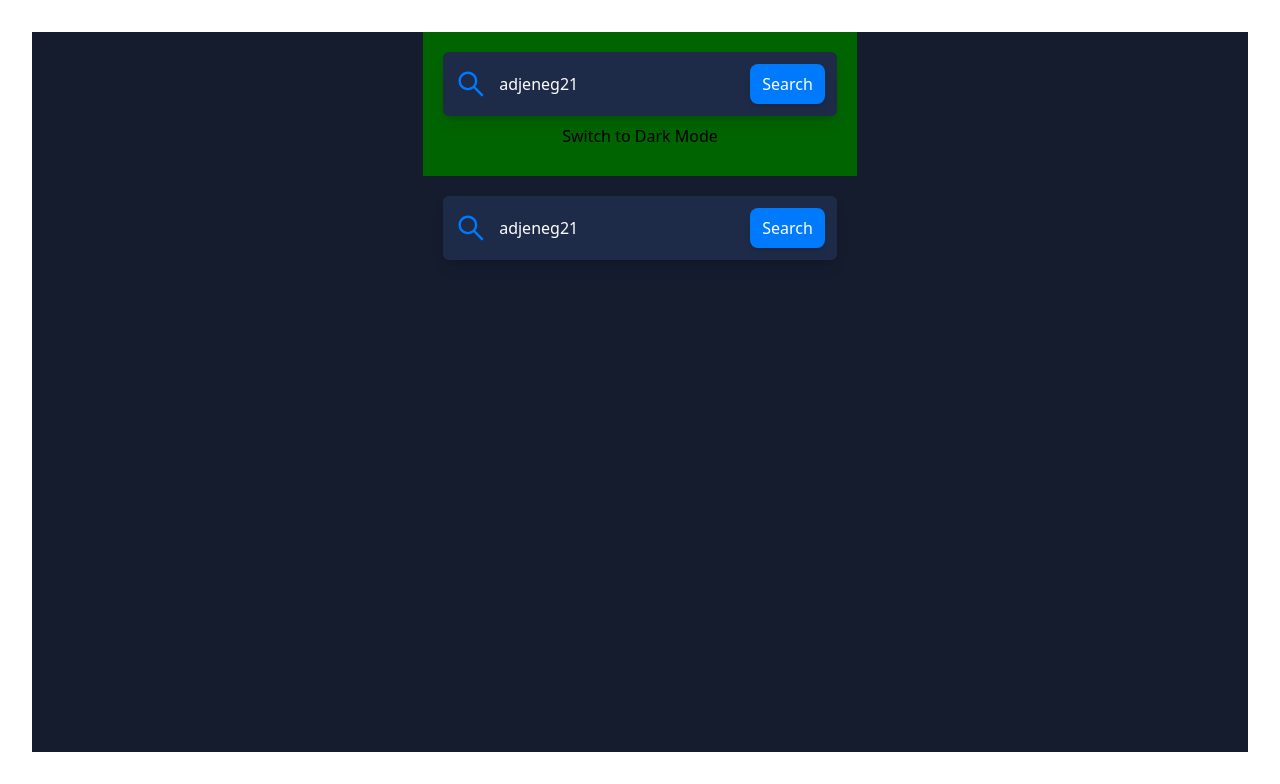
Repository: Gabriel221-dev/Git-Project
Page: /
These files come from the project's save history. The page is drawn as it stood at one moment and after the next save; the edit follows.
The browser window is 1280 px wide. The pictures show the whole page.
The page's requests for data from a server got no answer. The project was rebuilt for these pictures with package versions that can differ from the ones it lists, and the page was loaded fresh each time. No one was signed in, and anything a server would have sent is missing. Also part of the build but not shown: vite.config.js, src/components/Preview/Preview.jsx.

Above is the page before, as saved 2024-06-28 12:10:46.

### src/App.jsx
// import { useState } from "react";
// import "./App.css";
// import Search from "./components/Search/Search";
// import Preview from "./components/Preview/Preview";
// import DarkAndLightBtn from "./components/DarkAndLightBtn/DarkAndLightBtn";

// function App() {
//   const [data, setData] = useState({});
//   const [isLoading, setIsLoading] = useState(true);

//   return (
//     <div className="flex flex-col gap-5 h-screen w-full justify-center items-center bg-dark-bg">
//       <div>
//         <DarkAndLightBtn />
//         <Search setData={setData} setIsLoading={setIsLoading} />
//       </div>
//       <div>
//         <Preview
//           avatarUrl={data.avatar_url}
//           blog={data.blog}
//           email={data.email}
//           followers={data.followers}
//           following={data.following}
//           location={data.location}
//           login={data.login}
//           name={data.name}
//           public_repos={data.public_repos}
//           twitter={data.twitter}
//           isLoading={isLoading}
//           bio={data.bio}
//           joinedAt={data.created_at?.split("T")[0]}
//         />
//       </div>
//     </div>
//   );
// }

// export default App;

import { useState } from "react";
import "./App.css";
import Search from "./components/Search/Search";
import Preview from "./components/Preview/Preview";

function App() {
  const [data, setData] = useState(null);
  const [isLoading, setIsLoading] = useState(false);
  const [isDarkMode, setIsDarkMode] = useState(false);

  const toggleTheme = () => {
    setIsDarkMode((prevMode) => !prevMode);
  };

  return (
    <div className="flex flex-col gap-5 h-screen w-full justify-content items-center bg-dark-bg">
      <div
        className={`App ${
          isDarkMode ? "dark" : ""
        } min-h-screen flex flex-col items-center gap-5`}
      >
        <div
          className={`w-full p-5 ${
            isDarkMode
              ? "bg-dark-background text-dark-text"
              : "bg-light-green text-light-text"
          }`}
        >
          <Search setData={setData} setIsLoading={setIsLoading} />
          {data && (
            <Preview
              avatarUrl={data.avatar_url}
              name={data.name}
              login={data.login}
              public_repos={data.public_repos}
              followers={data.followers}
              following={data.following}
              location={data.location}
              blog={data.blog}
              twitter={data.twitter_username}
              email={data.email}
              isLoading={isLoading}
              bio={data.bio}
              joinedAt={new Date(data.created_at).toLocaleDateString()}
            />
          )}
          <button
            onClick={toggleTheme}
            className={`${
              isDarkMode
                ? "bg-dark-primary text-dark-text"
                : "bg-light-primary text-light-text"
            } p-2 rounded-md`}
          >
            Switch to {isDarkMode ? "Light" : "Dark"} Mode
          </button>
        </div>
        <Search setData={setData} setIsLoading={setIsLoading} />
        {data && (
          <Preview
            avatarUrl={data.avatar_url}
            name={data.name}
            login={data.login}
            public_repos={data.public_repos}
            followers={data.followers}
            following={data.following}
            location={data.location}
            blog={data.blog}
            twitter={data.twitter_username}
            email={data.email}
            isLoading={isLoading}
            bio={data.bio}
            joinedAt={new Date(data.created_at).toLocaleDateString()}
          />
        )}
      </div>
    </div>
  );
}

export default App;

### src/App.css
#root {
  max-width: 1280px;
  margin: 0 auto;
  padding: 2rem;
  text-align: center;
}

.logo {
  height: 6em;
  padding: 1.5em;
  will-change: filter;
  transition: filter 300ms;
}
.logo:hover {
  filter: drop-shadow(0 0 2em #646cffaa);
}
/* .logo.react:hover {
  filter: drop-shadow(0 0 2em #61dafbaa);
} */

@keyframes logo-spin {
  from {
    transform: rotate(0deg);
  }
  to {
    transform: rotate(360deg);
  }
}

@media (prefers-reduced-motion: no-preference) {
  a:nth-of-type(2) .logo {
    animation: logo-spin infinite 20s linear;
  }
}

.card {
  padding: 2em;
}

.read-the-docs {
  color: #888;
}

### src/components/Search/Search.jsx
import React, { useEffect, useState } from "react";

function Search({ setData, setIsLoading }) {
  const [userName, setUserName] = useState("adjeneg21");
  const [error, setError] = useState("");
  const handleClick = async () => {
    setIsLoading(true);
    setError("");
    const data = await fetch(`https://api.github.com/users/${userName}`);
    if (!data.ok) {
      if (data.status === 404) {
        throw new Error("user not found");
      } else {
        throw new Error("something went wrong. Please try again");
      }
    }
    const userData = await data.json();
    setData(userData);
    setError(error.message);
    setIsLoading(false);
    console.log(userData);
  };

  useEffect(() => {
    handleClick();
  }, []);
  return (
    <div className="flex bg-dark-gray p-3 gap-5 rounded-md shadow-lg ">
      <div className="flex items-center gap-3">
        <span>
          {" "}
          <svg
            className="text-dark-blue"
            viewBox="0 0 1024 1024"
            fill="currentColor"
            height="2em"
            width="2em"
          >
            <path d="M909.6 854.5L649.9 594.8C690.2 542.7 712 479 712 412c0-80.2-31.3-155.4-87.9-212.1-56.6-56.7-132-87.9-212.1-87.9s-155.5 31.3-212.1 87.9C143.2 256.5 112 331.8 112 412c0 80.1 31.3 155.5 87.9 212.1C256.5 680.8 331.8 712 412 712c67 0 130.6-21.8 182.7-62l259.7 259.6a8.2 8.2 0 0011.6 0l43.6-43.5a8.2 8.2 0 000-11.6zM570.4 570.4C528 612.7 471.8 636 412 636s-116-23.3-158.4-65.6C211.3 528 188 471.8 188 412s23.3-116.1 65.6-158.4C296 211.3 352.2 188 412 188s116.1 23.2 158.4 65.6S636 352.2 636 412s-23.3 116.1-65.6 158.4z" />
          </svg>
        </span>
        <input
          className="bg-transparent outline-none text-white"
          value={userName}
          onChange={(e) => setUserName(e.target.value)}
          type="text"
          placeholder="Search Github Username..."
        />
      </div>
      <div>
        <button
          onClick={handleClick}
          className="bg-dark-blue rounded-lg px-3 py-2 text-white shadow-md "
        >
          Search
        </button>
      </div>
    </div>
  );
}

export default Search;

### tailwind.config.js
/** @type {import('tailwindcss').Config} */
export default {
  content: [
    "./index.html",
    "./src/**/*.{js,ts,jsx,tsx}",
  ],
  theme: {
    extend: {
      colors:{
        "dark-bg":"#141c2e",
        "dark-gray":"#1e2b48",
        "dark-blue":"#007afd",
        "light-green" : "#006400",
      }
    },
  },
  plugins: [],
}

Loaded but not shown: index.html (common file); src/main.jsx (common file); src/index.css (common file)

After the next save:
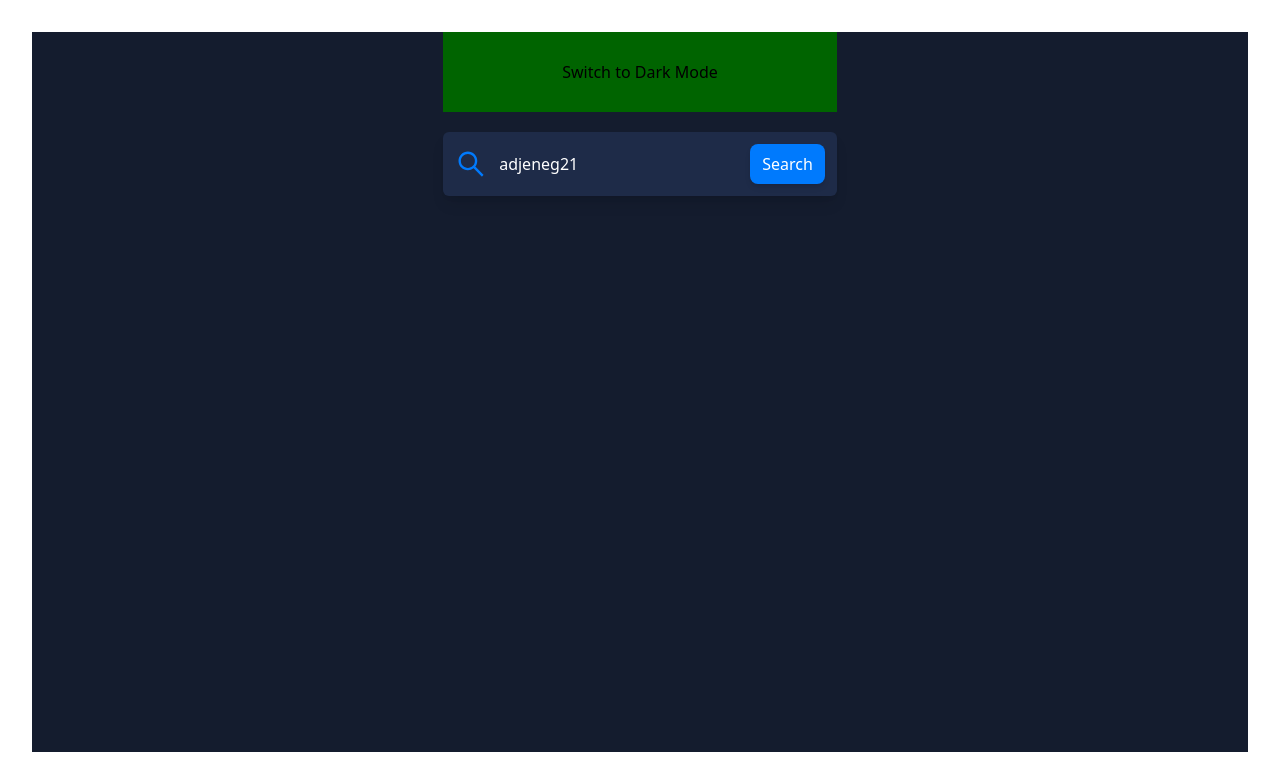
Saved 32 s later.
--- a/src/App.jsx
+++ b/src/App.jsx
@@ -52,7 +52,7 @@
   };
 
   return (
-    <div className="flex flex-col gap-5 h-screen w-full justify-content items-center bg-dark-bg">
+    <div className="flex flex-col gap-5 h-screen w-100% justify-content items-center bg-dark-bg">
       <div
         className={`App ${
           isDarkMode ? "dark" : ""
@@ -65,24 +65,6 @@
               : "bg-light-green text-light-text"
           }`}
         >
-          <Search setData={setData} setIsLoading={setIsLoading} />
-          {data && (
-            <Preview
-              avatarUrl={data.avatar_url}
-              name={data.name}
-              login={data.login}
-              public_repos={data.public_repos}
-              followers={data.followers}
-              following={data.following}
-              location={data.location}
-              blog={data.blog}
-              twitter={data.twitter_username}
-              email={data.email}
-              isLoading={isLoading}
-              bio={data.bio}
-              joinedAt={new Date(data.created_at).toLocaleDateString()}
-            />
-          )}
           <button
             onClick={toggleTheme}
             className={`${
